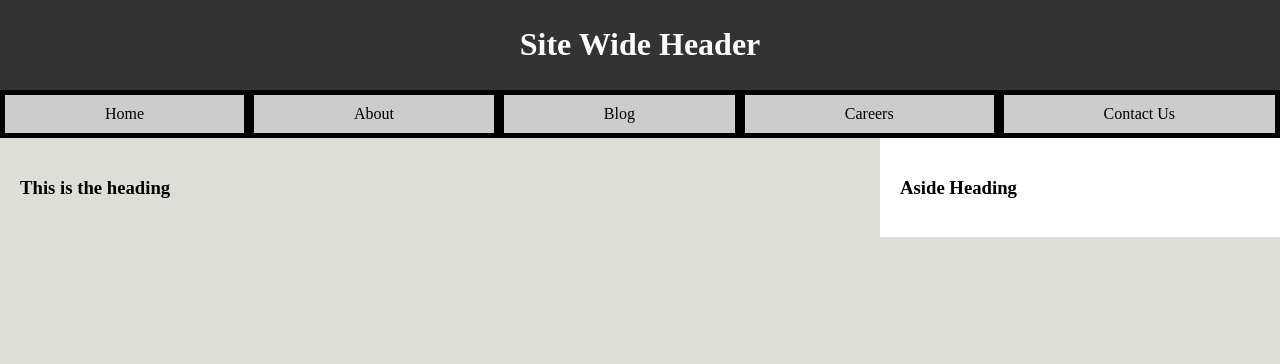
Repository: ayeza-baseer/AssignmentFlexbox
Page: assignment.html
An editor plug-in stored every save of this project. The page is shown before and after the next save, followed by the edit.
The browser window is 1280 px wide. The pictures show the whole page.

Above is the page before, as saved 2023-03-17 14:20:21.

### assignment.html
<!DOCTYPE html>
<html lang="en">
<head>

    <link rel="stylesheet" href="assignment.css">


</head>
<body>
<div>
    <header class="header"><h1>
        Site Wide Header
    </h1></header>
    <div class="navbar">
        <a href="#">Home</a>
        <a href="#">About</a>
        <a href="#">Blog</a>
        <a href="#">Careers</a>
        <a href="#">Contact Us</a>
      </div>
    <div class="row">
      <div class="main">
        <h3>This is the heading</h3>
      </div>
      <div class="aside">
        <h3>Aside Heading</h3>
      </div>
    </div>
</div>

</body>
</html>

### assignment.css
.header {
  padding: 5px;
  background-color: #333;
  color: #ccc;

  text-align: center;

  color: white;
}

body {
  margin: 0;
  background-color: #deded8;
}

.navbar {
  display: flex;
  background-color: black;
}

.navbar a {
  color: black;

  background-color: #ccc;
  padding: 10px 12px;
  text-decoration: none;
  text-align: center;
  flex-grow: 1;
  border: 5px solid black;
}

.navbar a:hover {
  color: red;
  border: 5px solid red;
}

.row {
  display: flex;
  flex-direction: row;
}

.aside {
  flex: 1 1 30%;
  background-color: white;

  padding: 20px;
}

/* Main column */
.main {
  flex: 1 1 70%;
  padding: 20px;
}

After the next save:
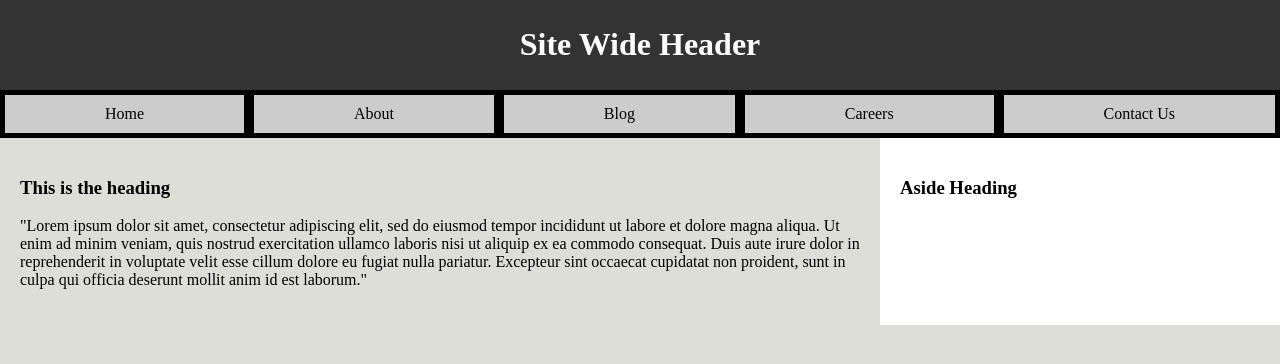
Saved 104 s later.
--- a/assignment.html
+++ b/assignment.html
@@ -21,6 +21,7 @@
     <div class="row">
       <div class="main">
         <h3>This is the heading</h3>
+        <p>"Lorem ipsum dolor sit amet, consectetur adipiscing elit, sed do eiusmod tempor incididunt ut labore et dolore magna aliqua. Ut enim ad minim veniam, quis nostrud exercitation ullamco laboris nisi ut aliquip ex ea commodo consequat. Duis aute irure dolor in reprehenderit in voluptate velit esse cillum dolore eu fugiat nulla pariatur. Excepteur sint occaecat cupidatat non proident, sunt in culpa qui officia deserunt mollit anim id est laborum."</p>
       </div>
       <div class="aside">
         <h3>Aside Heading</h3>
